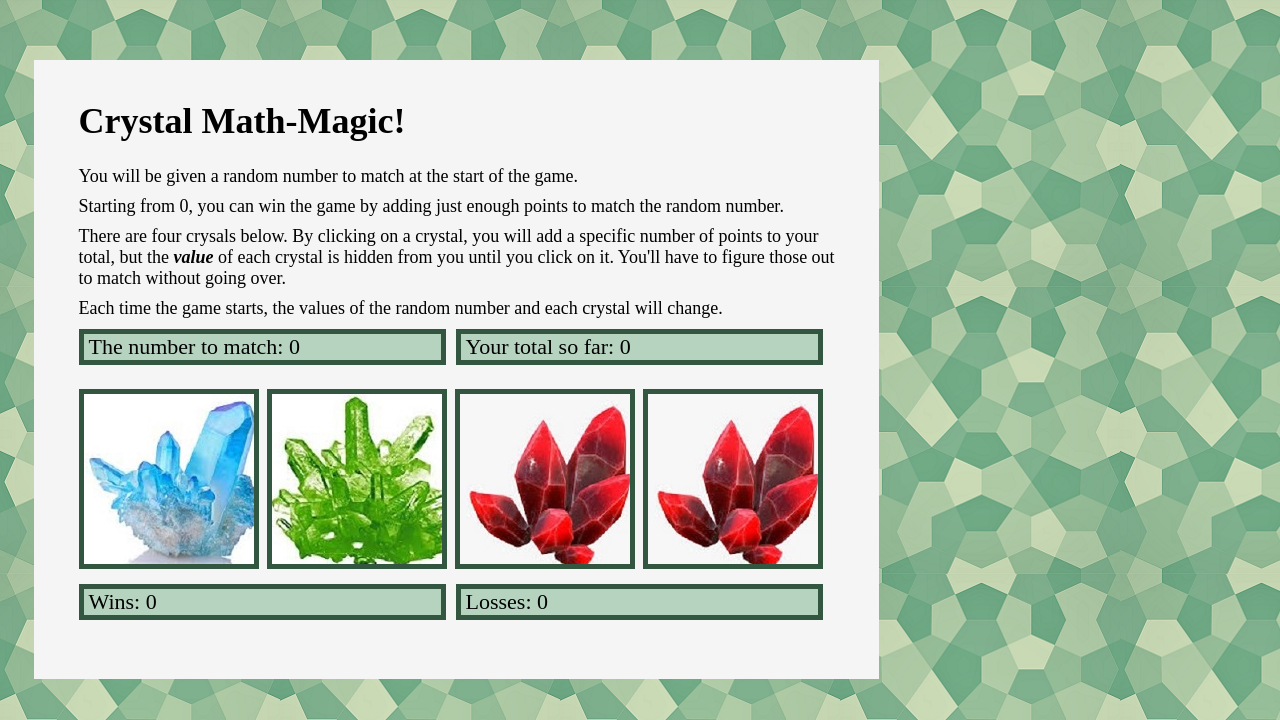
Repository: dsaftler/unit-4-game
Page: index.html
The author's editor kept a copy of each file at every save. The page is drawn from the files as they stood at one save, then again after the next save.
The browser window is 1280 px wide. The pictures show the whole page.
Some web fonts or font styles are not loaded; a fallback is used.

Above is the page before, as saved 2019-04-02 00:19:53.

After the next save:
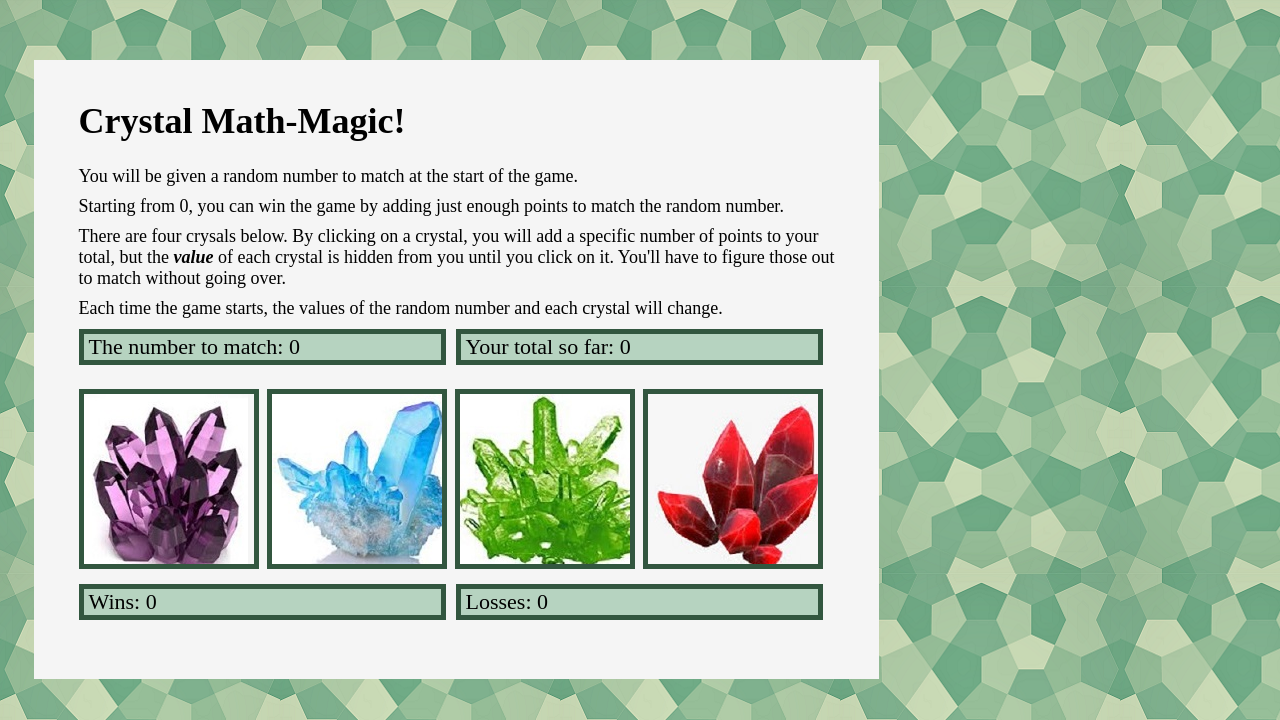
Saved 6 min 6 s later.
--- a/index.html
+++ b/index.html
@@ -26,10 +26,10 @@
     <div class="half second bordergreen" id="currentTotal">Your total so far: 0</div>
   </div>
   <div class="crystal-set">
-    <div class="crystal bordergreen clearfix" id="crystal_1"><img src="assets/images/crystal_1.jpg"></div>
-    <div class="crystal bordergreen clearfix" id="crystal_2"><img src="assets/images/crystal_2.jpg"></div>
-    <div class="crystal bordergreen clearfix" id="crystal_3"><img src="assets/images/crystal_3.jpg"></div>
-    <div class="crystal bordergreen clearfix" id="crystal_4"><img src="assets/images/crystal_4.jpg"></div>
+    <div class="crystal bordergreen clearfix" id="crystal_1"><img src="assets/images/crystal_0.jpg"></div>
+    <div class="crystal bordergreen clearfix" id="crystal_2"><img src="assets/images/crystal_1.jpg"></div>
+    <div class="crystal bordergreen clearfix" id="crystal_3"><img src="assets/images/crystal_2.jpg"></div>
+    <div class="crystal bordergreen clearfix" id="crystal_4"><img src="assets/images/crystal_3.jpg"></div>
   </div>
   <div class="scoring-area">
     <div class="half first bordergreen" id="Wins">Wins: 0</div>
